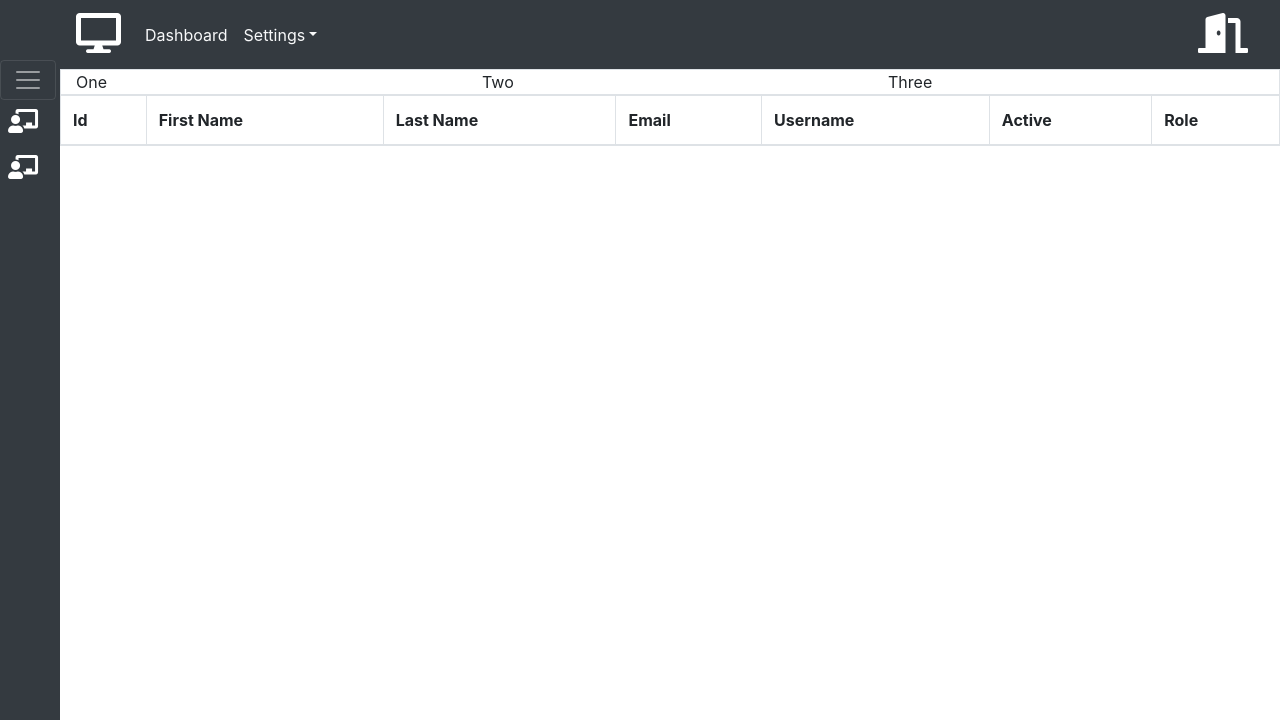
Repository: Pjosif/iDesk
Page: http://localhost/web/protected/userAdm.jsp
These files come from the project's save history. The page is drawn as it stood at one moment and after the next save; the edit follows.
The browser window is 1280 px wide. The pictures show the whole page.
Some web libraries are served in a nearby version. The page is served by Tomcat 9. Nobody is signed in. The application's start-up code is not run. Other server files are loaded and not shown. The template is opened directly, without the code that normally fills it, so the values that code supplies are empty.

Above is the page before, as saved 2018-07-31 12:04:15.

### main/web/src/main/webapp/protected/userAdm.jsp
<%@ page language="java" contentType="text/html; charset=ISO-8859-1" pageEncoding="ISO-8859-1"%>
<!DOCTYPE html>
<%@ taglib uri="http://www.springframework.org/tags/form" prefix="form"%>
<%@ taglib uri="http://java.sun.com/jsp/jstl/core" prefix="c"%>
<html>
<head>
<meta charset="utf-8">
<meta name="viewport" content="width=device-width, initial-scale=1, shrink-to-fit=no">
<link href="../resources/css/bootstrap.css" rel="stylesheet">
<link rel="stylesheet" href="https://use.fontawesome.com/releases/v5.1.0/css/all.css" integrity="sha384-lKuwvrZot6UHsBSfcMvOkWwlCMgc0TaWr+30HWe3a4ltaBwTZhyTEggF5tJv8tbt" crossorigin="anonymous">
<link href="../resources/css/sidenav.css" rel="stylesheet">
<title>Insert title here</title>
</head>
<body>
	<jsp:include page="../master/sidenav.jsp" />
	<div id="main" class="main">
		<jsp:include page="../master/header.jsp" />
		<div class="container-fluid border">
			<div class="row">
				<div class="col-sm">One</div>
				<div class="col-sm">Two</div>
				<div class="col-sm">Three</div>
			</div>
		</div>
		<table class="table table-bordered">
			<thead>
				<tr>
					<th scope="col">Id</th>
					<th scope="col">First Name</th>
					<th scope="col">Last Name</th>
					<th scope="col">Email</th>
					<th scope="col">Username</th>
					<th scope="col">Active</th>
					<th scope="col">Role</th>
				</tr>
			</thead>
			<c:forEach var="emp" items="${list}">
				<tr>
					<th scope="row">${emp.id}</th>
					<td>${emp.firstName}</td>
					<td>${emp.lastName}</td>
					<td>${emp.email}</td>
					<td>${emp.username}</td>
					<td>${emp.active}</td>
					<td>${emp.role.role}</td>
				</tr>
			</c:forEach>
		</table>

	</div>
	<script src="https://code.jquery.com/jquery-3.3.1.slim.min.js" integrity="sha384-q8i/X+965DzO0rT7abK41JStQIAqVgRVzpbzo5smXKp4YfRvH+8abtTE1Pi6jizo" crossorigin="anonymous"></script>
	<script src="https://cdnjs.cloudflare.com/ajax/libs/popper.js/1.14.3/umd/popper.min.js" integrity="sha384-ZMP7rVo3mIykV+2+9J3UJ46jBk0WLaUAdn689aCwoqbBJiSnjAK/l8WvCWPIPm49" crossorigin="anonymous"></script>
	<script src="../resources/js/bootstrap.min.js"></script>
</body>
</html>

### main/web/src/main/webapp/master/sidenav.jsp
<div id=sideNav class=sidenav>
	<div class="navbar-dark">
		<button class="navbar-toggler" type="button" onclick="togleNav()">
			<span class="navbar-toggler-icon"></span>
		</button>
	</div>
	<ul>
		<li>
			<a href="#">
				<i class="fas fa-chalkboard-teacher"></i>Incident
			</a>
		</li>
		<li>
			<a href="#">
				<i class="fas fa-chalkboard-teacher"></i>Request
			</a>
		</li>

		<!-- 		<a href="#"><i class="fas fa-chalkboard-teacher"></i>MENU 3</a> -->
		<!-- 		<a href="#"><i class="fas fa-chalkboard-teacher"></i>MENU 4</a> -->
	</ul>
</div>
<script>
	function togleNav() {
		var navigator = document.getElementById("sideNav");
		if (navigator.style.width === "200px") {
			closeNav();
		} else {
			openNav();
		}
	}

	function openNav() {
		document.getElementById("sideNav").style.width = "200px";
		document.getElementById("main").style.marginLeft = "200px";
	}

	function closeNav() {
		document.getElementById("sideNav").style.width = "60px";
		document.getElementById("main").style.marginLeft = "60px";
	}
</script>

### main/web/src/main/webapp/master/header.jsp
<%@ taglib prefix="sec" uri="http://www.springframework.org/security/tags" %>
<nav class="navbar navbar-expand-sm navbar-dark bg-dark">
	<div>
		<a class="navbar-brand" href="home">
			<i class="fas fa-desktop fa-2x"></i>
		</a>
	</div>
	<button class="navbar-toggler" type="button" data-toggle="collapse" data-target="header" aria-controls="header" aria-expanded="false" aria-label="Toggle navigation">
		<span class="navbar-toggler-icon"></span>
	</button>
	<div class="collapse navbar-collapse" id="header">
		<ul class="navbar-nav mr-auto">
			<li class="nav-item">
				<a class="nav-link text-light" href="#">Dashboard</a>
			</li>
			<li class="nav-item dropdown">
				<a class="nav-link dropdown-toggle text-light" style="cursor:pointer" id="settings" data-toggle=dropdown aria-haspopup="true" aria-expanded="false">Settings</a>
				<div class="dropdown-menu" aria-labelledby="settings">
					<a class="dropdown-item" href="#">Configuration Item</a>
				</div>
			</li>
			<sec:authorize access="hasAuthority('ADMIN_PRIVILEGE')">
			<li class="nav-item dropdown">
				<a class="nav-link dropdown-toggle text-light" style="cursor: pointer" id="dropdown03" data-toggle="dropdown" aria-haspopup="true" aria-expanded="false">Administrator</a>
				<div class="dropdown-menu" aria-labelledby="dropdown03">
					<a class="dropdown-item" href="userlist">Users</a>
					<a class="dropdown-item" href="rolelist">Roles</a>
					<a class="dropdown-item" href="privlist">Privilege</a>
				</div>
			</li>
			</sec:authorize>
		</ul>
		<a class="navbar-brand" href="logout">
			<i class="fas fa-door-open fa-2x"></i>
		</a>
	</div>
</nav>

### main/web/src/main/webapp/resources/css/sidenav.css
.main {
	margin-left: 60px;
}

.sidenav {
    height: 100%;
    width: 60px;
    position: fixed;
    z-index: 1;
    top: 0;
    left: 0;
    background-color: #343a40;
    overflow-x: hidden;
    transition: 0.5s;
    padding-top: 60px;
}

.sidenav a {
	width:250px;
    padding: 8px 8px 8px 8px;
    text-decoration: none;
    font-size: 20px;
    color: #FFFFFF;
    display: block;
    transition: 0.3s;
}

.sidenav i {
	padding-right: 22px;
	font-size: 24px;
}

.sidenav ul {
	list-style-type: none;
	padding: 0;
}

.sidenav a:hover {
    color: #f1f1f1;
}

.sidenav .closebtn {
    position: absolute;
    top: 0;
    right: 25px;
    font-size: 36px;
    margin-left: 50px;
}

@media screen and (max-height: 450px) {
  .sidenav {padding-top: 15px;}
  .sidenav a {font-size: 18px;}
}

Loaded but not shown: main/web/src/main/webapp/resources/css/bootstrap.css (library); main/web/src/main/webapp/resources/js/bootstrap.min.js (library)

After the next save:
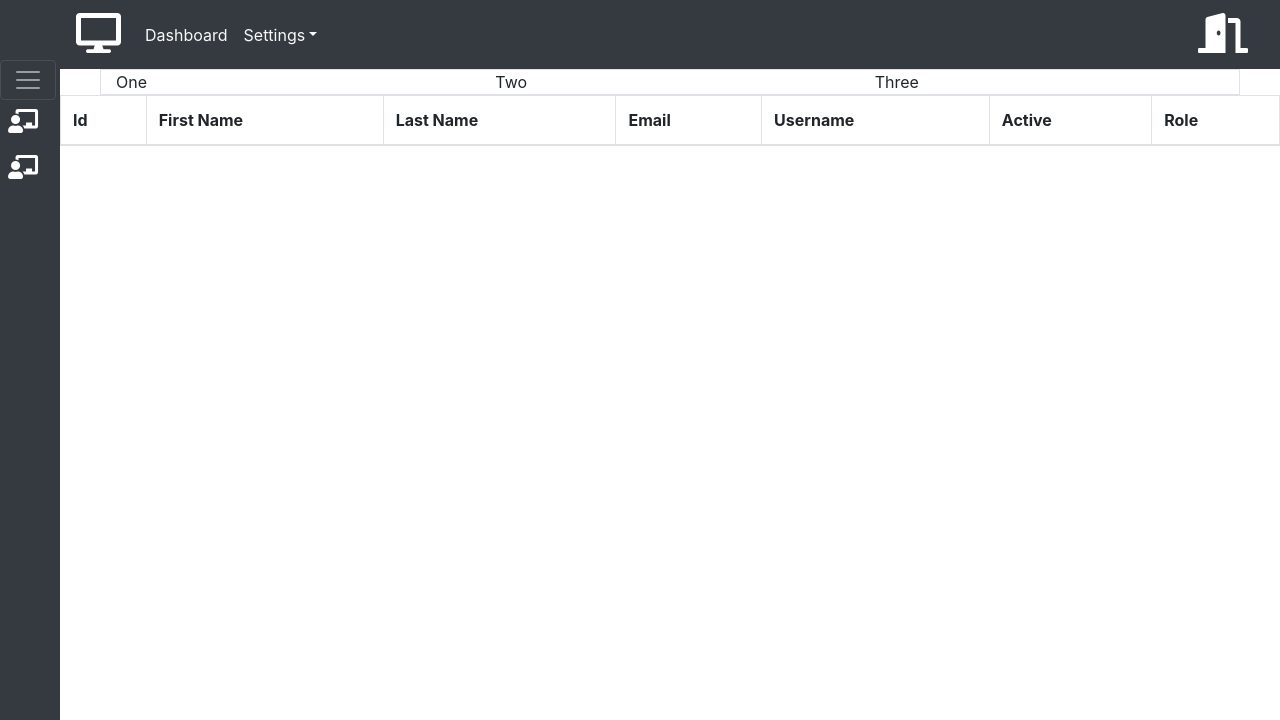
Saved 5 min 47 s later.
--- a/main/web/src/main/webapp/protected/userAdm.jsp
+++ b/main/web/src/main/webapp/protected/userAdm.jsp
@@ -15,7 +15,7 @@
 	<jsp:include page="../master/sidenav.jsp" />
 	<div id="main" class="main">
 		<jsp:include page="../master/header.jsp" />
-		<div class="container-fluid border">
+		<div class="container border">
 			<div class="row">
 				<div class="col-sm">One</div>
 				<div class="col-sm">Two</div>
